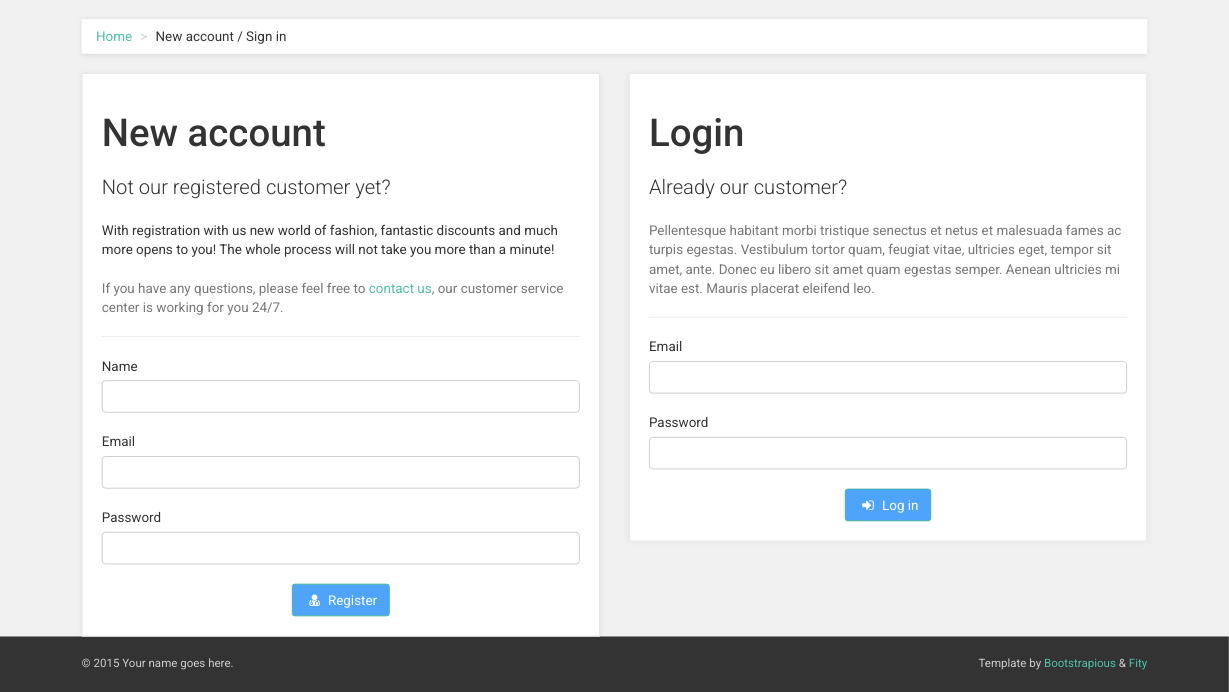
Repository: Sagnikb9/JavaDevops-Ecommerce
Page: http://localhost/MedioxyPharm/register
These files come from the project's save history. The page is drawn as it stood at one moment and after the next save; the edit follows.
The browser window is 1280 px wide. The pictures show the whole page, at 96% of full size.
The page is served by Tomcat 9. Other server files are loaded and not shown.

Above is the page before, as saved 2017-10-01 23:10:44.

### MedioxyPharm/src/main/webapp/WEB-INF/dispatcher-servlet.xml
<beans xmlns="http://www.springframework.org/schema/beans"
        xmlns:mvc="http://www.springframework.org/schema/mvc"
        xmlns:xsi="http://www.w3.org/2001/XMLSchema-instance"
        xmlns:context="http://www.springframework.org/schema/context"
        xsi:schemaLocation="
                http://www.springframework.org/schema/beans
                http://www.springframework.org/schema/beans/spring-beans.xsd
                http://www.springframework.org/schema/mvc
                http://www.springframework.org/schema/mvc/spring-mvc.xsd
                http://www.springframework.org/schema/context
                http://www.springframework.org/schema/context/spring-context.xsd">


        <mvc:annotation-driven enable-matrix-variables="true"/>
        <context:component-scan base-package="controller"/>

   <bean id="jspViewResolver" class="org.springframework.web.servlet.view.InternalResourceViewResolver">

        <property name="prefix" value="/WEB-INF/views/"/>
        <property name="suffix" value=".jsp"/>

   </bean>
   <mvc:default-servlet-handler />

</beans>

### MedioxyPharm/src/main/webapp/WEB-INF/views/register.jsp
<!DOCTYPE html>
<html lang="en">

<head>

    <meta charset="utf-8">
    <meta name="robots" content="all,follow">
    <meta name="googlebot" content="index,follow,snippet,archive">
    <meta name="viewport" content="width=device-width, initial-scale=1">
    <meta name="description" content="Obaju e-commerce template">
    <meta name="author" content="Ondrej Svestka | ondrejsvestka.cz">
    <meta name="keywords" content="">

    <title>
        MedioxyPharm
    </title>

    <meta name="keywords" content="">

    <link href='http://fonts.googleapis.com/css?family=Roboto:400,500,700,300,100' rel='stylesheet' type='text/css'>

    <!-- styles -->
    <link href="css/font-awesome.css" rel="stylesheet">
    <link href="css/bootstrap.min.css" rel="stylesheet">
    <link href="css/animate.min.css" rel="stylesheet">
    <link href="css/owl.carousel.css" rel="stylesheet">
    <link href="css/owl.theme.css" rel="stylesheet">

    <!-- theme stylesheet -->
    <link href="css/style.default.css" rel="stylesheet" id="theme-stylesheet">

    <!-- your stylesheet with modifications -->
    <link href="css/custom.css" rel="stylesheet">

    <script src="js/respond.min.js"></script>

    <link rel="shortcut icon" href="favicon.png">



</head>

<body>

<br>







    <!-- *** NAVBAR END *** -->

    <div id="all">

        <div id="content">
            <div class="container">

                <div class="col-md-12">

                    <ul class="breadcrumb">
                        <li><a href="#">Home</a>
                        </li>
                        <li>New account / Sign in</li>
                    </ul>

                </div>

                <div class="col-md-6">
                    <div class="box">
                        <h1>New account</h1>

                        <p class="lead">Not our registered customer yet?</p>
                        <p>With registration with us new world of fashion, fantastic discounts and much more opens to you! The whole process will not take you more than a minute!</p>
                        <p class="text-muted">If you have any questions, please feel free to <a href="contact.html">contact us</a>, our customer service center is working for you 24/7.</p>

                        <hr>

                        <form action="customer-orders.html" method="post">
                            <div class="form-group">
                                <label for="name">Name</label>
                                <input type="text" class="form-control" id="name">
                            </div>
                            <div class="form-group">
                                <label for="email">Email</label>
                                <input type="text" class="form-control" id="email">
                            </div>
                            <div class="form-group">
                                <label for="password">Password</label>
                                <input type="password" class="form-control" id="password">
                            </div>
                            <div class="text-center">
                                <button type="submit" class="btn btn-primary"><i class="fa fa-user-md"></i> Register</button>
                            </div>
                        </form>
                    </div>
                </div>

                <div class="col-md-6">
                    <div class="box">
                        <h1>Login</h1>

                        <p class="lead">Already our customer?</p>
                        <p class="text-muted">Pellentesque habitant morbi tristique senectus et netus et malesuada fames ac turpis egestas. Vestibulum tortor quam, feugiat vitae, ultricies eget, tempor sit amet, ante. Donec eu libero sit amet quam egestas semper. Aenean ultricies
                            mi vitae est. Mauris placerat eleifend leo.</p>

                        <hr>

                        <form action="customer-orders.html" method="post">
                            <div class="form-group">
                                <label for="email">Email</label>
                                <input type="text" class="form-control" id="email">
                            </div>
                            <div class="form-group">
                                <label for="password">Password</label>
                                <input type="password" class="form-control" id="password">
                            </div>
                            <div class="text-center">
                                <button type="submit" class="btn btn-primary"><i class="fa fa-sign-in"></i> Log in</button>
                            </div>
                        </form>
                    </div>
                </div>


            </div>
            <!-- /.container -->
        </div>
        <!-- /#content -->







        <!-- *** COPYRIGHT ***
 _________________________________________________________ -->
        <div id="copyright">
            <div class="container">
                <div class="col-md-6">
                    <p class="pull-left">© 2015 Your name goes here.</p>

                </div>
                <div class="col-md-6">
                    <p class="pull-right">Template by <a href="https://bootstrapious.com/e-commerce-templates">Bootstrapious</a> & <a href="https://fity.cz">Fity</a>
                         <!-- Not removing these links is part of the license conditions of the template. Thanks for understanding :) If you want to use the template without the attribution links, you can do so after supporting further themes development at https://bootstrapious.com/donate  -->
                    </p>
                </div>
            </div>
        </div>
        <!-- *** COPYRIGHT END *** -->



    </div>
    <!-- /#all -->




    <!-- *** SCRIPTS TO INCLUDE ***
 _________________________________________________________ -->
    <script src="js/jquery-1.11.0.min.js"></script>
    <script src="js/bootstrap.min.js"></script>
    <script src="js/jquery.cookie.js"></script>
    <script src="js/waypoints.min.js"></script>
    <script src="js/modernizr.js"></script>
    <script src="js/bootstrap-hover-dropdown.js"></script>
    <script src="js/owl.carousel.min.js"></script>
    <script src="js/front.js"></script>



</body>

</html>

Loaded but not shown: MedioxyPharm/src/main/webapp/css/font-awesome.css (library); MedioxyPharm/src/main/webapp/css/bootstrap.min.css (library); MedioxyPharm/src/main/webapp/css/animate.min.css (library); MedioxyPharm/src/main/webapp/css/owl.carousel.css (common file); MedioxyPharm/src/main/webapp/css/owl.theme.css (common file); MedioxyPharm/src/main/webapp/css/custom.css (common file); MedioxyPharm/src/main/webapp/js/respond.min.js (library); MedioxyPharm/src/main/webapp/js/jquery-1.11.0.min.js (library); MedioxyPharm/src/main/webapp/js/bootstrap.min.js (library); MedioxyPharm/src/main/webapp/js/jquery.cookie.js (library); MedioxyPharm/src/main/webapp/js/waypoints.min.js (library); MedioxyPharm/src/main/webapp/js/modernizr.js (library); MedioxyPharm/src/main/webapp/js/bootstrap-hover-dropdown.js (library); MedioxyPharm/src/main/webapp/js/owl.carousel.min.js (library); MedioxyPharm/src/main/webapp/js/front.js (237 lines, source omitted); MedioxyPharm/src/main/webapp/css/style.default.css (1677 lines, source omitted)

After the next save:
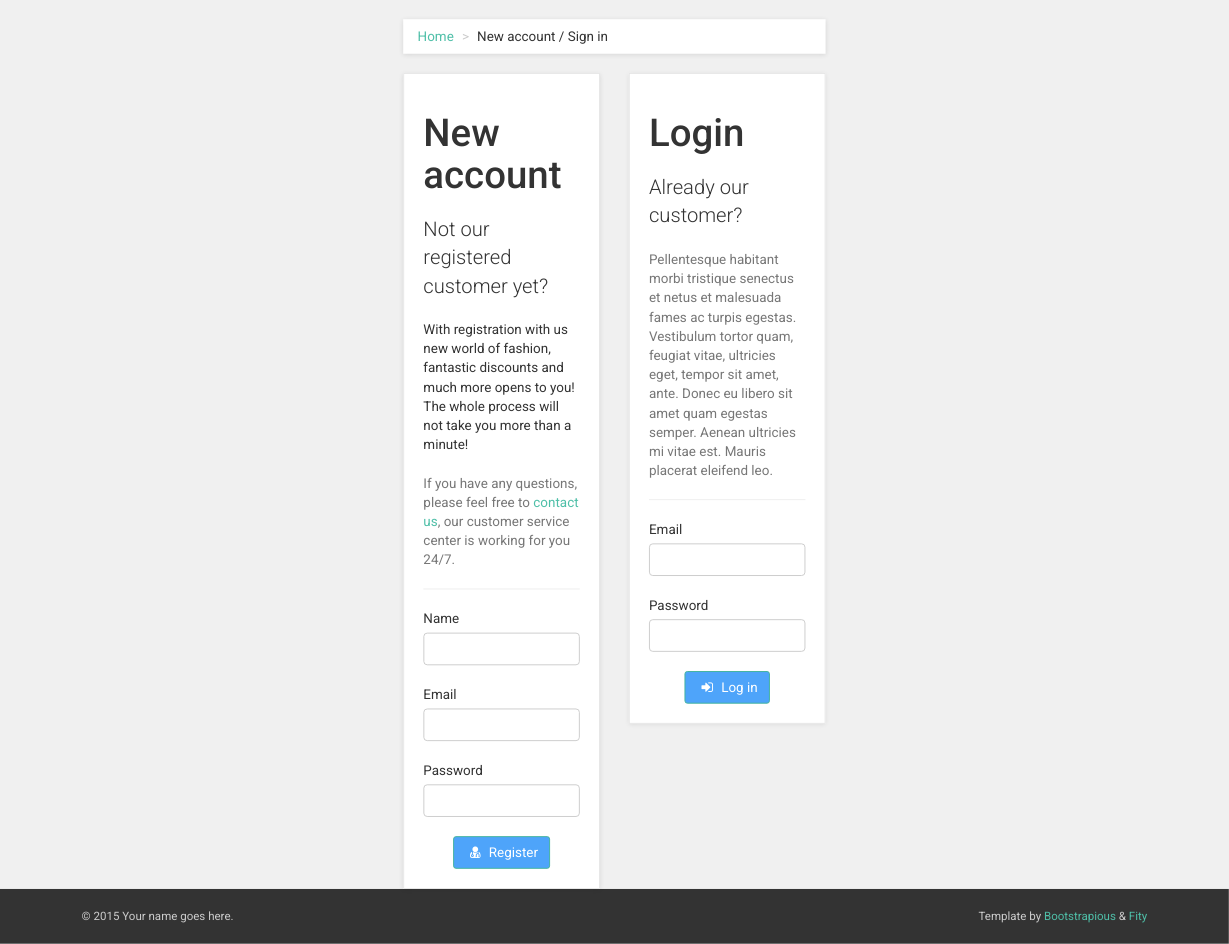
Saved 78 s later.
--- a/MedioxyPharm/src/main/webapp/WEB-INF/views/register.jsp
+++ b/MedioxyPharm/src/main/webapp/WEB-INF/views/register.jsp
@@ -55,7 +55,7 @@
     <div id="all">
 
         <div id="content">
-            <div class="container">
+            <div class="container" style="width:500px; margin: 0 auto">
 
                 <div class="col-md-12">
 
